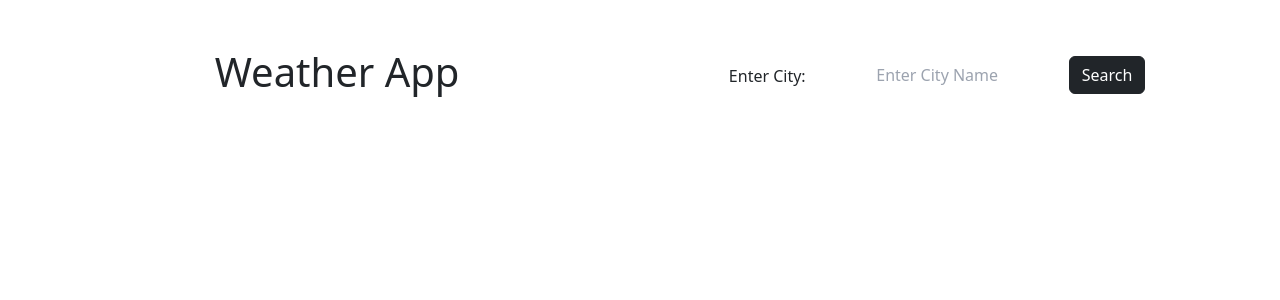
Repository: bhaveshtrades/weatherapp
Page: /
The author's editor kept a copy of each file at every save. The page is drawn from the files as they stood at one save, then again after the next save.
The browser window is 1280 px wide. The pictures show the whole page.
The project was rebuilt for these pictures with package versions that can differ from the ones it lists, and the page was loaded fresh each time. Also part of the build but not shown: src/components/DetailedWeather.jsx, src/components/HourlyForecast.jsx.

Above is the page before, as saved 2023-01-25 00:35:30.

### public/index.html
<!DOCTYPE html>
<html lang="en">
  <head>
    <meta charset="utf-8" />
    <link rel="icon" href="%PUBLIC_URL%/favicon.ico" />
    <meta name="viewport" content="width=device-width, initial-scale=1" />
    <meta name="theme-color" content="#000000" />
    <meta
      name="description"
      content="Web site created using create-react-app"
    />
    <link rel="apple-touch-icon" href="%PUBLIC_URL%/logo192.png" />
    <!--
      manifest.json provides metadata used when your web app is installed on a
      user's mobile device or desktop. See https://developers.google.com/web/fundamentals/web-app-manifest/
    -->
    <link rel="manifest" href="%PUBLIC_URL%/manifest.json" />
  </head>

    <!--
      Notice the use of %PUBLIC_URL% in the tags above.
      It will be replaced with the URL of the `public` folder during the build.
      Only files inside the `public` folder can be referenced from the HTML.

      Unlike "/favicon.ico" or "favicon.ico", "%PUBLIC_URL%/favicon.ico" will
      work correctly both with client-side routing and a non-root public URL.
      Learn how to configure a non-root public URL by running `npm run build`.
    -->
    <title>React App</title>
  </head>
  <body>
    <noscript>You need to enable JavaScript to run this app.</noscript>
    <div id="root"></div>
    <!--
      This HTML file is a template.
      If you open it directly in the browser, you will see an empty page.

      You can add webfonts, meta tags, or analytics to this file.
      The build step will place the bundled scripts into the <body> tag.

      To begin the development, run `npm start` or `yarn start`.
      To create a production bundle, use `npm run build` or `yarn build`.
    -->
  </body>
</html>

### src/App.js
import React from 'react';
import CurrentWeather from './components/CurrentWeather';

function App() {

  return (
    <>
    <CurrentWeather/>
    </>
  );
}

export default App;

### src/components/CurrentWeather.jsx
import React, { useState } from 'react';
import DetailedWeather from './DetailedWeather';
import Navbar from './Navbar';
import HourlyForecast from './HourlyForecast';

function CurrentWeather(){

    const apiKey = process.env.REACT_APP_API_KEY;

    const[city, setCity] = useState();
    const[weatherData, setWeatherData] = useState([]);
    const[hourlyData, setHourlyData] = useState([]);

    let api = `http://api.weatherapi.com/v1/forecast.json?key=${apiKey}&q=${city}`;


    const weekDays = ['Sunday', 'Monday', 'Tuesday', 'Wednesday', 'Thursday', 'Friday', 'Saturday'];
    const months = ["January","February","March","April","May","June","July","August","September","October","November","December"]

     function getWeather(e){
      e.preventDefault();

      fetch(api).then(data => data.json())
      .then((response)=>{
        if(response.hasOwnProperty('location')){
        setWeatherData([response]);
        setHourlyData([response.forecast.forecastday[0].hour]);
        }else{
        setWeatherData([]);
        setHourlyData([]);
        }
      });
     }

     function forecastingData(element, index){
      let correctTime;
      let timeUnit = 'AM';
        if(new Date(`${element.time}`).getHours() === 0){
          correctTime = 12;
        }else if(new Date(`${element.time}`).getHours() === 12){
          correctTime = new Date(`${element.time}`).getHours();
          timeUnit = 'PM';
        }else if(new Date(`${element.time}`).getHours() > 12){
          correctTime = new Date(`${element.time}`).getHours() - 12;
          timeUnit = 'PM';
        }else{
          correctTime = new Date(`${element.time}`).getHours();
        }
        return <HourlyForecast key={index} tempProp={element.temp_c} iconProp={element.condition.icon} timeProp={correctTime+timeUnit}/>
     }

     console.log(new Date().getDate());

     function filteredForecasting(element){
      if(hourlyData[0].length !== 0){
      return new Date(`${element.time}`).getHours() >= new Date().getHours()
      }
    }

  return(
    <>
    <Navbar resultProp={getWeather} cityProp={(e)=>{setCity(e.target.value)}}/>
    {weatherData.length !==0 &&
    <div className='mt-16 w-3/4 ml-52 h-72'>
    <div>
    <h2>{weatherData[0].location.name}, {weatherData[0].location.country}</h2>
    <h4>{new Date(`${weatherData[0].current.last_updated}`).getDate()} {months[new Date(`${weatherData[0].current.last_updated}`).getMonth()]}, {weekDays[new Date(`${weatherData[0].current.last_updated}`).getDay()]}</h4>
    </div>
    <div className='flex gap-x-72'>
    <div className='flex gap-x-10 mt-6'>
    <div>
    <img src={`${weatherData[0].current.condition.icon}`} alt='This is a weather Icon'/>
    </div>
    <div>
    <h2>{weatherData[0].current.temp_c}<span>&#176;</span></h2>
    <h4>{weatherData[0].current.condition.text}</h4>
    </div>
    </div>
    <DetailedWeather maxTempProp={weatherData[0].forecast.forecastday[0].day.maxtemp_c} minTempProp={weatherData[0].forecast.forecastday[0].day.mintemp_c} sunriseProp={weatherData[0].forecast.forecastday[0].astro.sunrise} sunsetProp={weatherData[0].forecast.forecastday[0].astro.sunset} windSpeedProp={weatherData[0].current.wind_kph} rainChanceProp={weatherData[0].forecast.forecastday[0].day.daily_chance_of_rain}/>
    </div>
    </div>
    }
    {hourlyData.length !== 0 && <div className='mt-4 ml-52 w-3/4 h-56 overflow-auto'>
    <div>
    <h3>Today's Weather</h3>
    </div>
    {<div className='flex gap-x-12 pl-4 pt-2'>
    {hourlyData[0].filter(filteredForecasting).map(forecastingData)}
    </div>}
    </div>}
    </>
  )
}

export default CurrentWeather;

### src/components/Navbar.jsx
import React from 'react'

function Navbar({resultProp, cityProp}){

  return (
    <>
    <div className='sm: flex justify-around ml-20 mt-12'>
    <div>
    <h1>Weather App</h1>
    </div>
    <div className='pt-2'>
    <form role="search" onSubmit={resultProp} className='flex gap-x-4'>
        <label htmlFor='cityName' className='pt-2'>Enter City: </label>
        <input type='text' className='text-center' placeholder='Enter City Name' onChange={cityProp}/>
        <button type="submit" className='btn btn-dark' onClick={resultProp}>Search</button>
    </form>
    </div>
    </div>
    </>
  )
}

export default Navbar;

Loaded but not shown: src/index.js (common file); src/index.css (common file); src/reportWebVitals.js (common file); tailwind.config.js (common file)

After the next save:
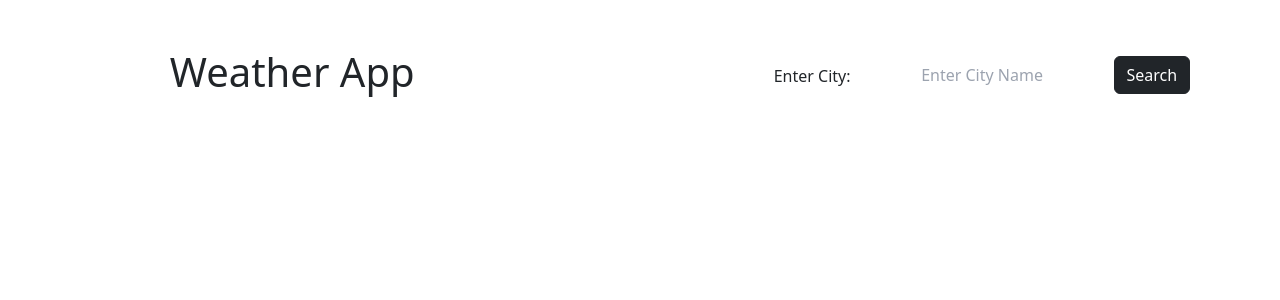
Saved 34 s later.
--- a/src/components/Navbar.jsx
+++ b/src/components/Navbar.jsx
@@ -7,7 +7,7 @@
     <div className='sm: flex justify-around ml-20 mt-12'>
     <div>
     <h1>Weather App</h1>
-    </div>
+    </div><br />
     <div className='pt-2'>
     <form role="search" onSubmit={resultProp} className='flex gap-x-4'>
         <label htmlFor='cityName' className='pt-2'>Enter City: </label>

After the save that followed:
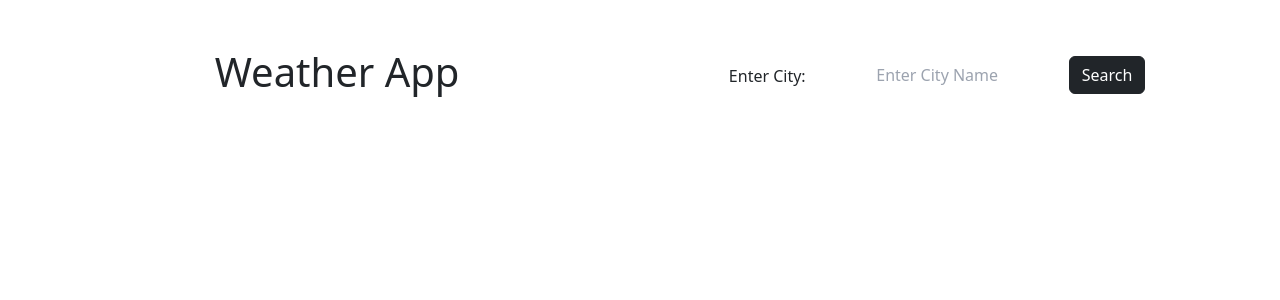
Saved 7 s later.
--- a/src/components/Navbar.jsx
+++ b/src/components/Navbar.jsx
@@ -7,7 +7,7 @@
     <div className='sm: flex justify-around ml-20 mt-12'>
     <div>
     <h1>Weather App</h1>
-    </div><br />
+    </div>
     <div className='pt-2'>
     <form role="search" onSubmit={resultProp} className='flex gap-x-4'>
         <label htmlFor='cityName' className='pt-2'>Enter City: </label>
